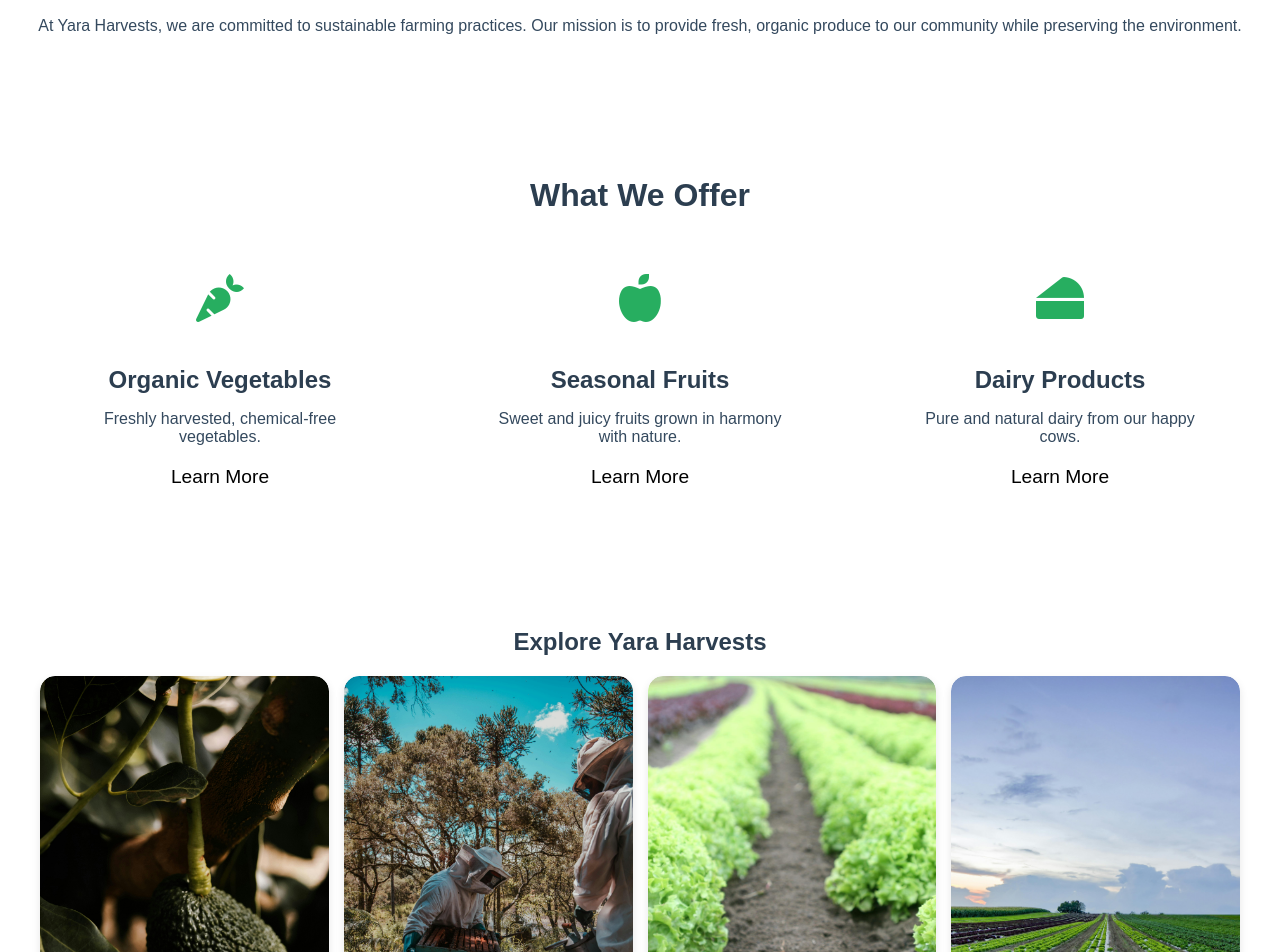
Repository: Kanyi-Manyara/yara-farm
Page: index.html
These files come from the project's save history. The page is drawn as it stood at one moment and after the next save; the edit follows.
The browser window is 1280 px wide. The pictures show the part of the page from y = 821 to 1773 px (the page is 3682 px tall).

Above is the page before, as saved 2025-02-22 13:55:25.
Console error: TypeError: Cannot read properties of null (reading 'addEventListener')

After the next save:
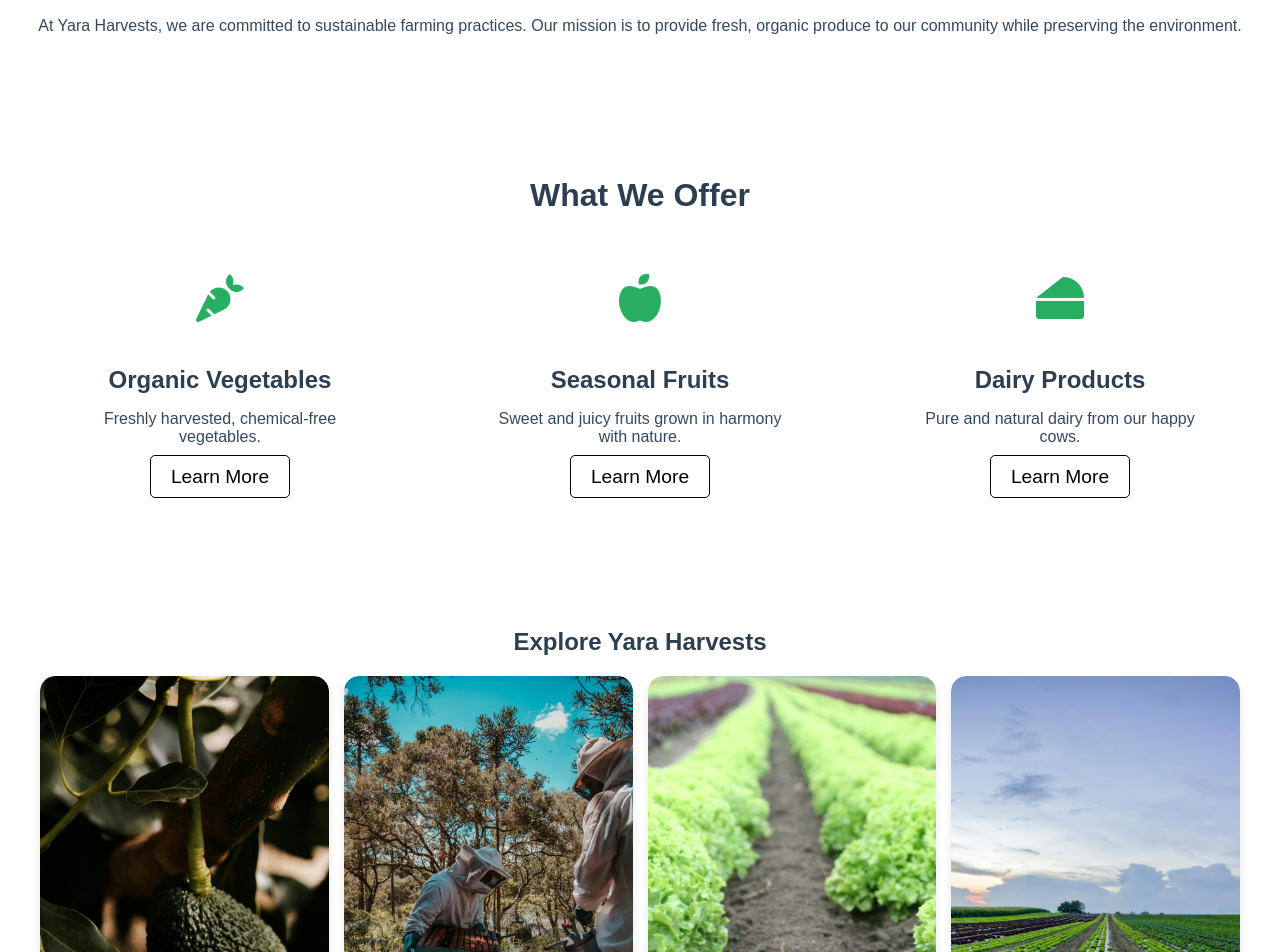
Saved 9 s later.
--- a/style.css
+++ b/style.css
@@ -227,7 +227,7 @@ body {
     color: black; /* Grey font color */
     padding: 10px 20px;
     text-decoration: none;
-    border: 1px solid white; /* White outline for button */
+    border: 1px solid black; /* White outline for button */
     border-radius: 5px;
     font-size: 1.2rem;
     transition: background 0.3s ease, color 0.3s ease;
